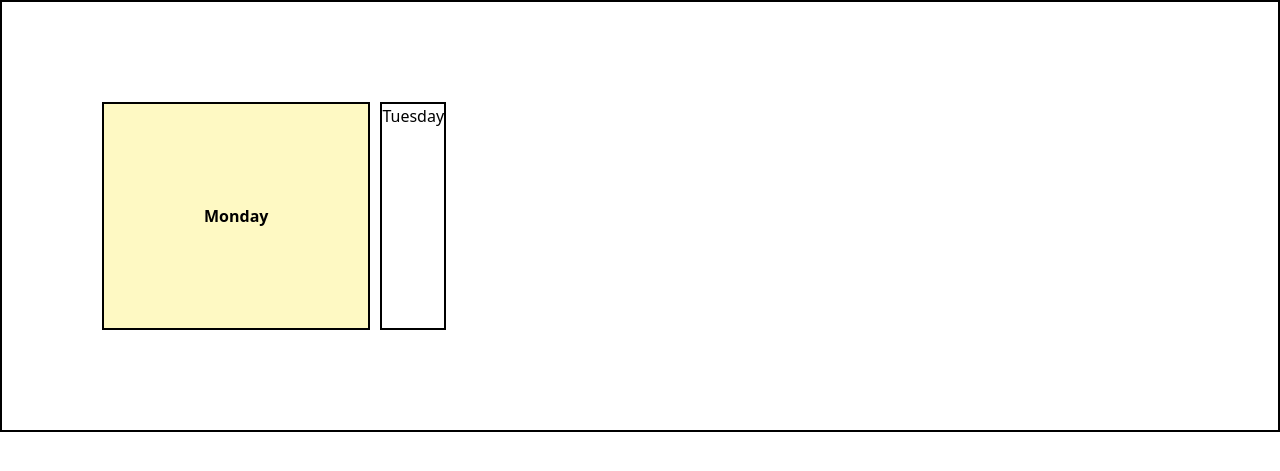
Repository: AfzalHaq61/tailwind-deep
Page: http://localhost/
These files come from the project's save history. The page is drawn as it stood at one moment and after the next save; the edit follows.
The browser window is 1280 px wide. The pictures show the whole page.
The page is served by the project's Laravel application, run on PHP 8.4 with Laravel 9. Other server files are loaded and not shown. Style sheets and scripts are compiled from the project's sources, by tool versions that may differ from the author's.

Above is the page before, as saved 2022-12-24 17:20:45.

### resources/views/welcome.blade.php
<!doctype html>
<html>

<head>
    <meta charset="utf-8">
    <meta name="viewport" content="width=device-width, initial-scale=1.0">
    @vite('resources/css/app.css')
</head>

<body>
    <div class="flex p-[100px] border-2 border-black">
        <div class="bg-yellow-100 p-[100px] border-2 border-black mr-[10px]">
            <h1 class="font-bold">Monday</h1>
        </div>
        <div class="border-2 border-black">
            <h1>Tuesday</h1>
        </div>
    </div>
</body>

</html>

Loaded but not shown: routes/web.php (common file); resources/css/app.css (common file); tailwind.config.js (common file)

After the next save:
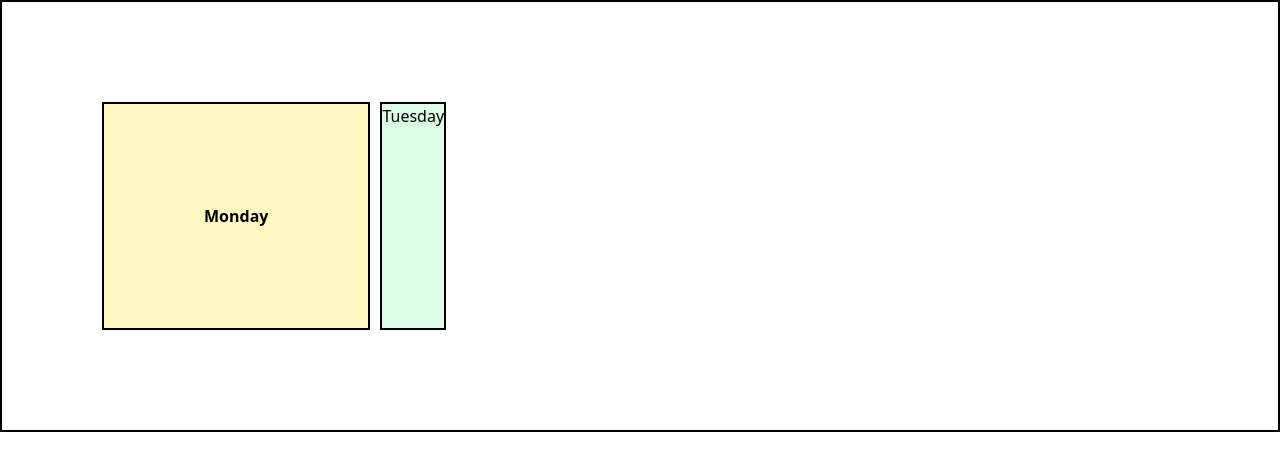
Saved 13 s later.
--- a/resources/views/welcome.blade.php
+++ b/resources/views/welcome.blade.php
@@ -12,7 +12,7 @@
         <div class="bg-yellow-100 p-[100px] border-2 border-black mr-[10px]">
             <h1 class="font-bold">Monday</h1>
         </div>
-        <div class="border-2 border-black">
+        <div class="bg-green-100 border-2 border-black">
             <h1>Tuesday</h1>
         </div>
     </div>
